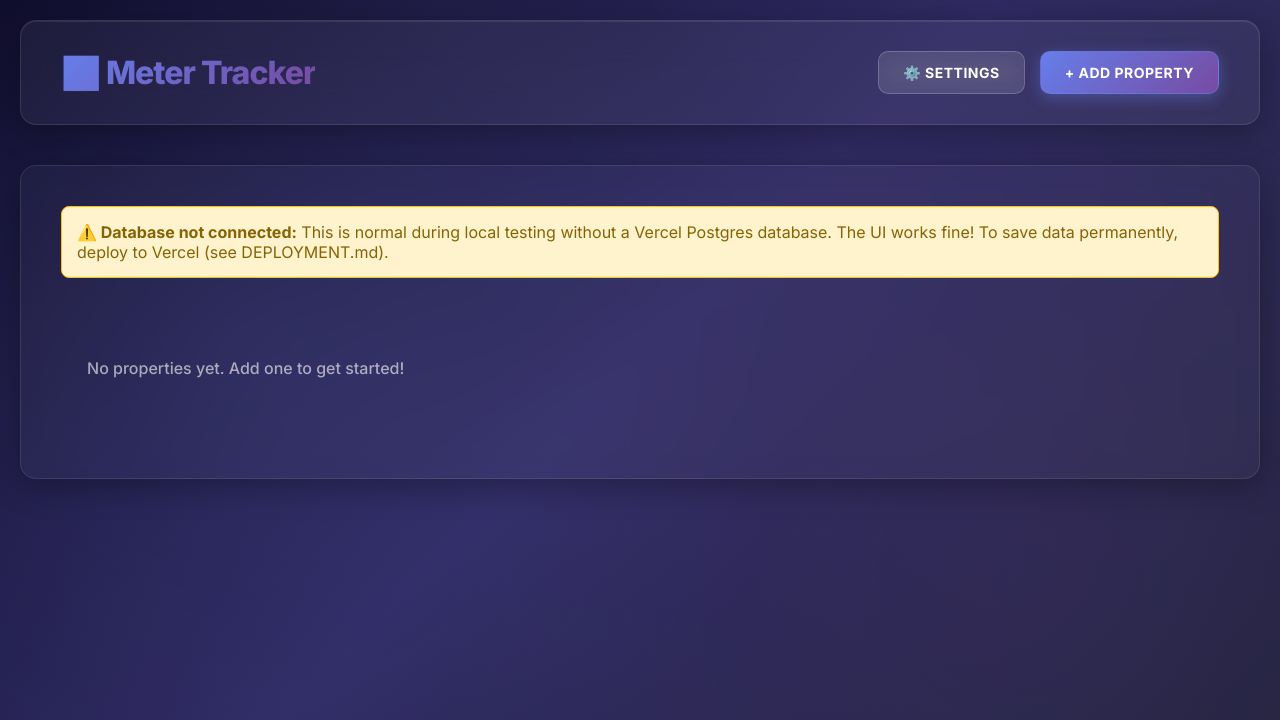
Repository: roshanreddy118/AI-Meter-Management
Page: /
The author's editor kept a copy of each file at every save. The page is drawn from the files as they stood at one save, then again after the next save.
The browser window is 1280 px wide. The pictures show the whole page.
The page's requests for data from a server got no answer. The project was rebuilt for these pictures with package versions that can differ from the ones it lists, and the page was loaded fresh each time. The framework's server and built-in components were replaced by stand-ins that run in the browser. No one was signed in, and anything a server would have sent is missing. Also part of the build but not shown: next.config.js.

Above is the page before, as saved 2026-06-10 18:42:35.

### app/layout.js
import './globals.css';

export const metadata = {
  title: 'Meter Tracker',
  description: 'Track meter readings and bills for your rental properties',
};

export default function RootLayout({ children }) {
  return (
    <html lang="en">
      <body>{children}</body>
    </html>
  );
}

### app/page.js
'use client';

import { useEffect, useState } from 'react';

export default function Home() {
  const [properties, setProperties] = useState([]);
  const [readings, setReadings] = useState([]);
  const [settings, setSettings] = useState({ bescom_rate: 8.5 });
  const [loading, setLoading] = useState(true);
  const [selectedPropertyId, setSelectedPropertyId] = useState(null);
  const [databaseConnected, setDatabaseConnected] = useState(false);

  // Modal states
  const [showPropertyModal, setShowPropertyModal] = useState(false);
  const [showMeterModal, setShowMeterModal] = useState(false);
  const [showSettingsModal, setShowSettingsModal] = useState(false);
  const [showDetailsModal, setShowDetailsModal] = useState(false);

  // Form states
  const [propertyForm, setPropertyForm] = useState({ name: '', address: '' });
  const [meterForm, setMeterForm] = useState({
    reading_date: new Date().toISOString().split('T')[0],
    meter_reading: '',
    photo_url: '',
  });
  const [settingsForm, setSettingsForm] = useState({ bescom_rate: 8.5 });

  // Load properties on mount
  useEffect(() => {
    fetchProperties();
    fetchSettings();
  }, []);

  async function fetchProperties() {
    try {
      const res = await fetch('/api/properties');
      if (!res.ok) {
        throw new Error(`API error: ${res.status}`);
      }
      const data = await res.json();
      setProperties(Array.isArray(data) ? data : []);
      setDatabaseConnected(true);
    } catch (error) {
      console.error('Error fetching properties:', error);
      setProperties([]);
      setDatabaseConnected(false);
    } finally {
      setLoading(false);
    }
  }

  async function fetchSettings() {
    try {
      const res = await fetch('/api/settings');
      const data = await res.json();
      setSettings(data);
      setSettingsForm({ bescom_rate: data.bescom_rate });
    } catch (error) {
      console.error('Error fetching settings:', error);
    }
  }

  async function fetchReadings(propertyId) {
    try {
      const res = await fetch(`/api/readings?propertyId=${propertyId}`);
      const data = await res.json();
      setReadings(Array.isArray(data) ? data : []);
    } catch (error) {
      console.error('Error fetching readings:', error);
      setReadings([]);
    }
  }

  // Property operations
  async function handleAddProperty(e) {
    e.preventDefault();
    try {
      const res = await fetch('/api/properties', {
        method: 'POST',
        headers: { 'Content-Type': 'application/json' },
        body: JSON.stringify(propertyForm),
      });
      if (res.ok) {
        fetchProperties();
        setPropertyForm({ name: '', address: '' });
        setShowPropertyModal(false);
      }
    } catch (error) {
      console.error('Error adding property:', error);
    }
  }

  async function handleDeleteProperty() {
    if (!confirm('Are you sure you want to delete this property and all its readings?')) return;
    try {
      const res = await fetch(`/api/properties?id=${selectedPropertyId}`, {
        method: 'DELETE',
      });
      if (res.ok) {
        fetchProperties();
        setShowDetailsModal(false);
        setSelectedPropertyId(null);
      }
    } catch (error) {
      console.error('Error deleting property:', error);
    }
  }

  // Meter reading operations
  async function handleAddMeterReading(e) {
    e.preventDefault();
    try {
      const res = await fetch('/api/readings', {
        method: 'POST',
        headers: { 'Content-Type': 'application/json' },
        body: JSON.stringify({
          propertyId: selectedPropertyId,
          readingDate: meterForm.reading_date,
          meterReading: parseFloat(meterForm.meter_reading),
          photoUrl: meterForm.photo_url,
        }),
      });
      if (res.ok) {
        fetchReadings(selectedPropertyId);
        setMeterForm({
          reading_date: new Date().toISOString().split('T')[0],
          meter_reading: '',
          photo_url: '',
        });
        setShowMeterModal(false);
      }
    } catch (error) {
      console.error('Error adding meter reading:', error);
    }
  }

  async function handleUpdatePaymentStatus(readingId, status) {
    try {
      const res = await fetch(`/api/readings?id=${readingId}&action=payment`, {
        method: 'PATCH',
        headers: { 'Content-Type': 'application/json' },
        body: JSON.stringify({ paymentStatus: status }),
      });
      if (res.ok) {
        fetchReadings(selectedPropertyId);
      }
    } catch (error) {
      console.error('Error updating payment status:', error);
    }
  }

  async function handleDeleteReading(readingId) {
    if (!confirm('Delete this reading?')) return;
    try {
      const res = await fetch(`/api/readings?id=${readingId}&action=delete`, {
        method: 'PATCH',
      });
      if (res.ok) {
        fetchReadings(selectedPropertyId);
      }
    } catch (error) {
      console.error('Error deleting reading:', error);
    }
  }

  // Settings operations
  async function handleUpdateSettings(e) {
    e.preventDefault();
    try {
      const res = await fetch('/api/settings', {
        method: 'PATCH',
        headers: { 'Content-Type': 'application/json' },
        body: JSON.stringify({ bescomRate: parseFloat(settingsForm.bescom_rate) }),
      });
      if (res.ok) {
        fetchSettings();
        setShowSettingsModal(false);
      }
    } catch (error) {
      console.error('Error updating settings:', error);
    }
  }

  // Modal helpers
  function openPropertyModal() {
    setShowPropertyModal(true);
  }

  function closePropertyModal() {
    setShowPropertyModal(false);
  }

  function openMeterModal() {
    setShowMeterModal(true);
  }

  function closeMeterModal() {
    setShowMeterModal(false);
  }

  function openSettingsModal() {
    setShowSettingsModal(true);
  }

  function closeSettingsModal() {
    setShowSettingsModal(false);
  }

  function openDetailsModal(propertyId) {
    setSelectedPropertyId(propertyId);
    fetchReadings(propertyId);
    setShowDetailsModal(true);
  }

  function closeDetailsModal() {
    setShowDetailsModal(false);
    setSelectedPropertyId(null);
  }

  const selectedProperty = Array.isArray(properties) ? properties.find((p) => p.id === selectedPropertyId) : null;

  return (
    <div className="container">
      <header>
        <h1>📊 Meter Tracker</h1>
        <div className="header-actions">
          <button className="btn btn-settings" onClick={openSettingsModal}>
            ⚙️ Settings
          </button>
          <button className="btn btn-primary" onClick={openPropertyModal}>
            + Add Property
          </button>
        </div>
      </header>

      <main>
        {!databaseConnected && (
          <div style={{
            backgroundColor: '#fff3cd',
            border: '1px solid #ffc107',
            color: '#856404',
            padding: '15px',
            borderRadius: '8px',
            marginBottom: '20px'
          }}>
            <strong>⚠️ Database not connected:</strong> This is normal during local testing without a Vercel Postgres database. The UI works fine! To save data permanently, deploy to Vercel (see DEPLOYMENT.md).
          </div>
        )}
        <div className="properties-grid">
          {loading ? (
            <p className="loading">Loading properties...</p>
          ) : properties.length === 0 ? (
            <p className="loading">No properties yet. Add one to get started!</p>
          ) : (
            properties.map((prop) => (
              <div
                key={prop.id}
                className="property-card"
                onClick={() => openDetailsModal(prop.id)}
              >
                <h3>{prop.name}</h3>
                {prop.address && <p>{prop.address}</p>}
                <p>Last Reading: {prop.last_reading_date || 'No data'}</p>
                <p>Value: {prop.last_reading || '-'} units</p>
                <span className={`status ${prop.last_payment_status || 'pending'}`}>
                  {prop.last_payment_status === 'paid' ? '✓ Paid' : '⏳ Pending'}
                </span>
              </div>
            ))
          )}
        </div>
      </main>

      {/* Add Property Modal */}
      <div className={`modal ${showPropertyModal ? 'show' : ''}`} onClick={closePropertyModal}>
        <div className="modal-content" onClick={(e) => e.stopPropagation()}>
          <span className="close" onClick={closePropertyModal}>
            &times;
          </span>
          <h2>Add New Property</h2>
          <form onSubmit={handleAddProperty}>
            <input
              type="text"
              placeholder="Property Name (e.g., House 1, Apt 2B)"
              value={propertyForm.name}
              onChange={(e) => setPropertyForm({ ...propertyForm, name: e.target.value })}
              required
            />
            <input
              type="text"
              placeholder="Address (optional)"
              value={propertyForm.address}
              onChange={(e) => setPropertyForm({ ...propertyForm, address: e.target.value })}
            />
            <button type="submit" className="btn btn-primary">
              Add Property
            </button>
          </form>
        </div>
      </div>

      {/* Meter Reading Modal */}
      <div className={`modal ${showMeterModal ? 'show' : ''}`} onClick={closeMeterModal}>
        <div className="modal-content" onClick={(e) => e.stopPropagation()}>
          <span className="close" onClick={closeMeterModal}>
            &times;
          </span>
          <h2>Add Meter Reading</h2>
          <form onSubmit={handleAddMeterReading}>
            <input
              type="date"
              value={meterForm.reading_date}
              onChange={(e) => setMeterForm({ ...meterForm, reading_date: e.target.value })}
              required
            />
            <input
              type="number"
              placeholder="Current Meter Reading"
              step="0.01"
              value={meterForm.meter_reading}
              onChange={(e) => setMeterForm({ ...meterForm, meter_reading: e.target.value })}
              required
            />
            <input
              type="file"
              accept="image/*"
              onChange={(e) => {
                const file = e.target.files[0];
                if (file) {
                  const reader = new FileReader();
                  reader.onload = (event) => {
                    setMeterForm({ ...meterForm, photo_url: event.target.result });
                  };
                  reader.readAsDataURL(file);
                }
              }}
            />
            <button type="submit" className="btn btn-primary">
              Save Reading
            </button>
          </form>
        </div>
      </div>

      {/* Settings Modal */}
      <div className={`modal ${showSettingsModal ? 'show' : ''}`} onClick={closeSettingsModal}>
        <div className="modal-content" onClick={(e) => e.stopPropagation()}>
          <span className="close" onClick={closeSettingsModal}>
            &times;
          </span>
          <h2>Settings</h2>
          <form onSubmit={handleUpdateSettings}>
            <label>BESCOM Rate (per unit)</label>
            <input
              type="number"
              step="0.01"
              min="0"
              value={settingsForm.bescom_rate}
              onChange={(e) => setSettingsForm({ bescom_rate: e.target.value })}
              required
            />
            <button type="submit" className="btn btn-primary">
              Update Rate
            </button>
          </form>
        </div>
      </div>

      {/* Property Details Modal */}
      <div className={`modal ${showDetailsModal ? 'show' : ''}`} onClick={closeDetailsModal}>
        <div
          className="modal-content modal-large"
          onClick={(e) => e.stopPropagation()}
        >
          <span className="close" onClick={closeDetailsModal}>
            &times;
          </span>
          {selectedProperty && (
            <>
              <div className="details-header">
                <h2>{selectedProperty.name}</h2>
                <button className="btn btn-danger" onClick={handleDeleteProperty}>
                  Delete Property
                </button>
              </div>
              <button className="btn btn-primary" style={{ marginBottom: '20px' }} onClick={openMeterModal}>
                + Add Reading
              </button>

              <table className="readings-table">
                <thead>
                  <tr>
                    <th>Date</th>
                    <th>Meter Reading</th>
                    <th>Units Used</th>
                    <th>Bill (₹)</th>
                    <th>Status</th>
                    <th>Action</th>
                  </tr>
                </thead>
                <tbody>
                  {readings.length === 0 ? (
                    <tr>
                      <td colSpan="6" className="text-center">
                        No readings yet
                      </td>
                    </tr>
                  ) : (
                    readings.map((reading) => (
                      <tr key={reading.id}>
                        <td>{new Date(reading.reading_date).toLocaleDateString()}</td>
                        <td>{reading.meter_reading}</td>
                        <td>{reading.units_consumed.toFixed(2)}</td>
                        <td>₹{reading.bill_amount.toFixed(2)}</td>
                        <td>
                          <select
                            value={reading.payment_status}
                            onChange={(e) => handleUpdatePaymentStatus(reading.id, e.target.value)}
                            style={{ padding: '4px 8px', borderRadius: '4px' }}
                          >
                            <option value="pending">Pending</option>
                            <option value="paid">Paid</option>
                          </select>
                        </td>
                        <td>
                          <button
                            className="btn btn-danger btn-small"
                            onClick={() => handleDeleteReading(reading.id)}
                          >
                            Delete
                          </button>
                        </td>
                      </tr>
                    ))
                  )}
                </tbody>
              </table>
            </>
          )}
        </div>
      </div>
    </div>
  );
}

Loaded but not shown: app/globals.css (531 lines, source omitted)

After the next save:
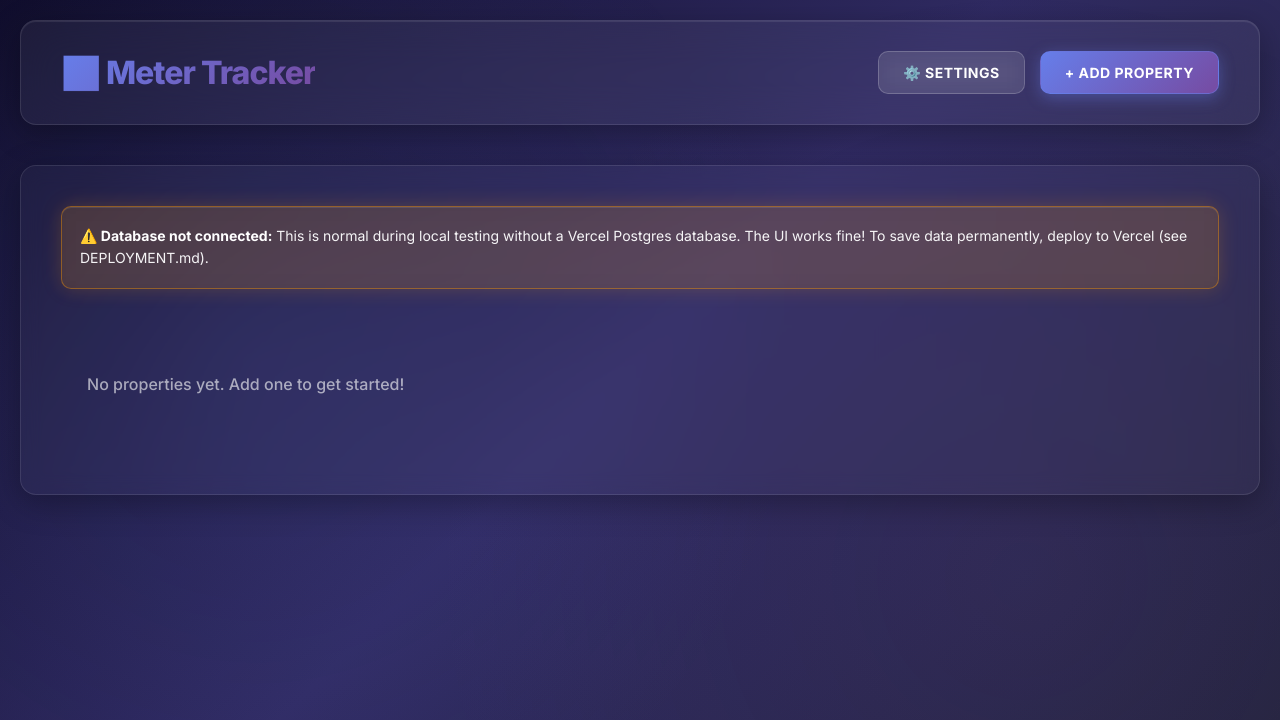
Saved 6 s later.
--- a/app/page.js
+++ b/app/page.js
@@ -235,14 +235,7 @@ export default function Home() {
 
       <main>
         {!databaseConnected && (
-          <div style={{
-            backgroundColor: '#fff3cd',
-            border: '1px solid #ffc107',
-            color: '#856404',
-            padding: '15px',
-            borderRadius: '8px',
-            marginBottom: '20px'
-          }}>
+          <div className="alert-warning">
             <strong>⚠️ Database not connected:</strong> This is normal during local testing without a Vercel Postgres database. The UI works fine! To save data permanently, deploy to Vercel (see DEPLOYMENT.md).
           </div>
         )}
